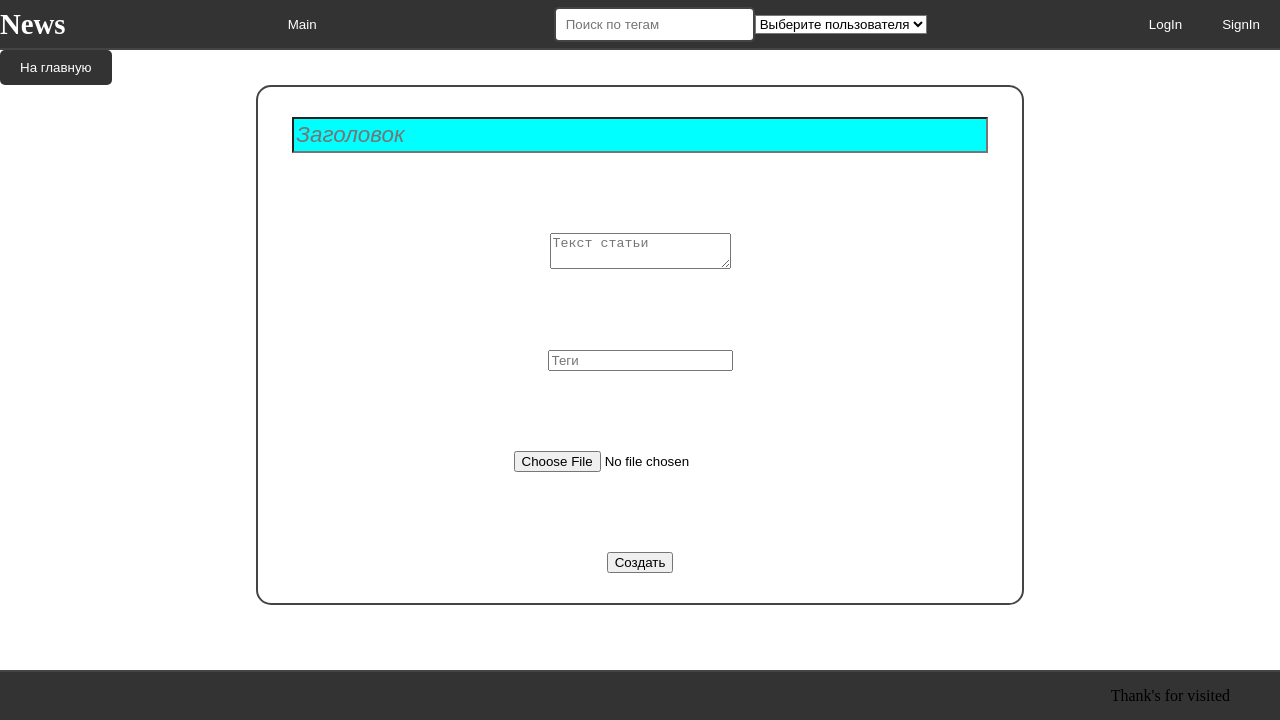
Repository: Igor-Blazhko/news_frontend
Page: /CreatePost
The author's editor kept a copy of each file at every save. The page is drawn from the files as they stood at one save, then again after the next save.
The browser window is 1280 px wide. The pictures show the whole page.
The project was rebuilt for these pictures with package versions that can differ from the ones it lists, and the page was loaded fresh each time. Also part of the build but not shown: vite.config.ts, src/components/allPost/onePost/onePost.module.css, src/components/allPost/onePost/onePost.tsx, src/components/allPost/allPost.tsx, src/components/auth/logIn/login.module.css, src/components/auth/logIn/login.tsx, src/components/auth/register/register.tsx, src/components/pageOnePost/comments/comment.tsx and 2 more.

Above is the page before, as saved 2024-07-15 16:09:07.

After the next save:
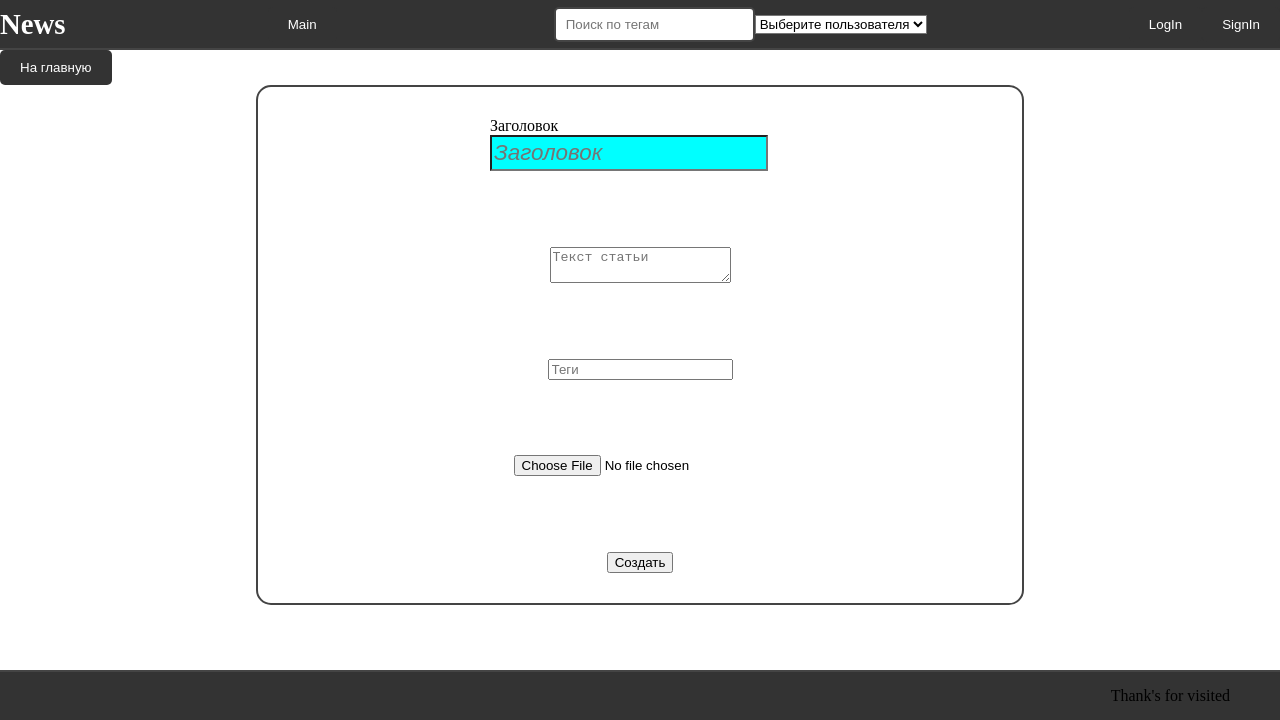
Saved 40 s later.
--- a/src/components/createPost/createPost.tsx
+++ b/src/components/createPost/createPost.tsx
@@ -13,7 +13,10 @@ export default function CreatePost(){
             </Link>
             <div>
                 <form action={SERVER.POST.News.create} method="post" className={styles.form}>
-                    <input type="text" name="article" maxLength={254} placeholder="Заголовок" className={styles.article}/>
+                    <div>
+                        <label htmlFor="article">Заголовок</label>
+                        <input type="text" name="article" maxLength={254} placeholder="Заголовок" className={styles.article}/>
+                    </div>
                     <textarea name="text" placeholder="Текст статьи" className={styles.text}/>
                     <input type="text" name="Tags" placeholder="Теги"  className={styles.tags}/>
                     <input type="file" />
